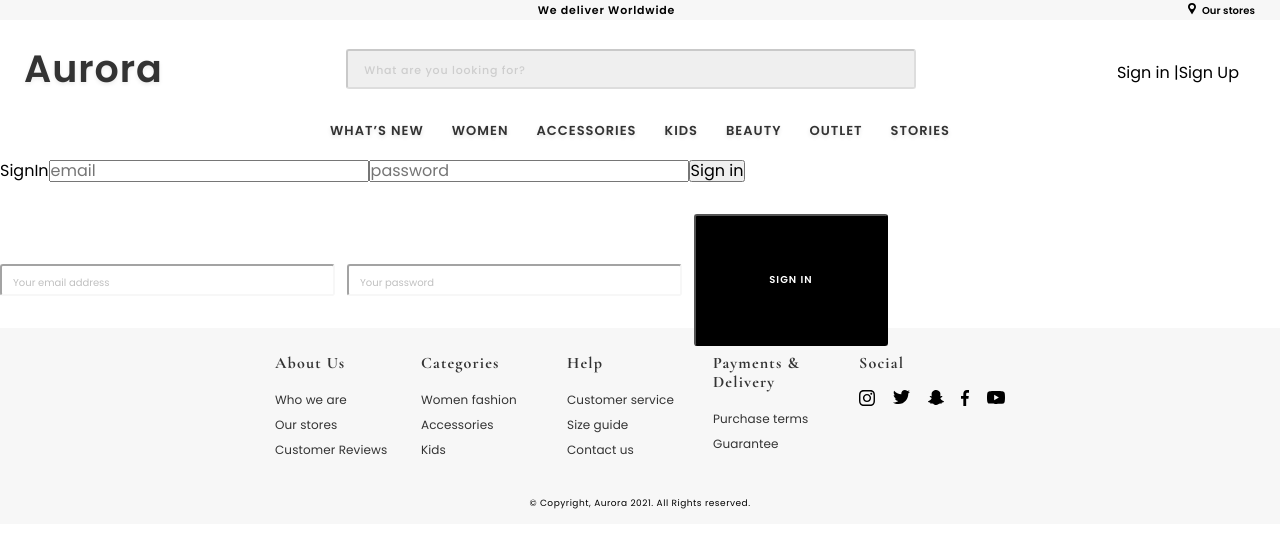
Repository: YuraKrvz/aurora-react-redux-toolkit-firebase
Page: /signIn
These files come from the project's save history. The page is drawn as it stood at one moment and after the next save; the edit follows.
The browser window is 1280 px wide. The pictures show the whole page.
The project was rebuilt for these pictures with package versions that can differ from the ones it lists, and the page was loaded fresh each time. Also part of the build but not shown: src/components/MainSection/MainSection.jsx, src/pages/HomeGuest.jsx, src/pages/HomeUser.jsx, src/pages/SignUp.jsx.

Above is the page before, as saved 2021-11-29 13:08:59.

### public/index.html
<!DOCTYPE html>
<html lang="en">
  <head>
    <meta charset="utf-8" />
    <link rel="icon" href="%PUBLIC_URL%/favicon.ico" />
    <meta name="viewport" content="width=device-width, initial-scale=1" />
    <meta name="theme-color" content="#000000" />
    <meta
      name="description"
      content="Web site created using create-react-app"
    />
    <link rel="apple-touch-icon" href="%PUBLIC_URL%/logo192.png" />
    <link rel="manifest" href="%PUBLIC_URL%/manifest.json" />
    <link rel="preconnect" href="https://fonts.googleapis.com">
    <link rel="preconnect" href="https://fonts.googleapis.com">
    <link rel="preconnect" href="https://fonts.gstatic.com" crossorigin>
    <title>React App</title>
  </head>
  <body>
    <noscript>You need to enable JavaScript to run this app.</noscript>
    <div id="root"></div>
  </body>
</html>

### src/index.css
@import '~normalize.css';
@import url('https://fonts.googleapis.com/css2?family=Poppins:wght@100;200;300;400;500;600;700&display=swap');
@import url('https://fonts.googleapis.com/css2?family=Cormorant+Garamond:wght@300;400;500;600;700&display=swap');

*, ::after, ::before {
  margin: 0;
  padding: 0;
  box-sizing: border-box;
  font-family: var(--text-regular-poppins);
  color: var(--color-very-black);
}

:root{
  --text-regular-poppins: 'Poppins';
  --text-cormorant-garamond: 'Cormorant Garamond';

  --color-black: #333333;
  --color-very-black: #000000;
  --color-white:  #FFFFFF;
  --color-silver: #F7F7F7;

  --src-guest: './insta.svg';
  --src-user: './user.svg';
  --bg-wall: var(--src-guest);
}

### src/components/CustomRouter/CustomRouter.jsx
import { Routes, Route } from 'react-router-dom';
import HomeGuest from '../../pages/HomeGuest';
import HomeUser from '../../pages/HomeUser';
import SignIn from '../../pages/SignIn';
import SignUp from '../../pages/SignUp';
import {useAuthorization} from '../../hooks/useAuthorization';

const CustomRouter = () => {
   const {isAuth} = useAuthorization();

   return (
      <>
      <Routes>
         {
         isAuth ? (
            <>
               <Route path='/' element={<HomeUser />} />
               <Route path='/signIn' element={<SignIn />} />
               <Route path='/signUp' element={<SignUp />} />
            </>
         ) : (
            <>
               <Route path='/' element={<HomeGuest />} />
               <Route path='/signIn' element={<SignIn />} />
               <Route path='/signUp' element={<SignUp />} />
            </>
         )
         }
      </Routes>
      </>
   )
}

export default CustomRouter

### src/components/Header/Header.jsx
import React from 'react';
import s from './Header.module.css';
import { NavLink } from 'react-router-dom';
import GlobalSvgSelector from '../../source/GlobalSvgSelector';
import OverHeader from './OverHeader/OverHeader';
import Authorization from '../Authorization/Authorization';

const Header = () => {
   return (
      <>
         <header className={s.header}>
            <OverHeader />
            <div className={s.header_body}>
               <NavLink to='/' className={s.header_title}>Aurora</NavLink>
               <label className={s.input_wrap}>
                  <input className={s.header_searcher} type="text" placeholder="What are you looking for?" />
                  <GlobalSvgSelector className={s.icon} id="fill" color='black' />
               </label>
               <div>
                  <Authorization />
               </div>
            </div>
            <ul className={s.header_list}>
               <li className={s.header_list__item}>what’s new</li>
               <li className={s.header_list__item}>women</li>
               <li className={s.header_list__item}>accessories</li>
               <li className={s.header_list__item}>kids</li>
               <li className={s.header_list__item}>beauty</li>
               <li className={s.header_list__item}>outlet</li>
               <li className={s.header_list__item}>stories</li>
            </ul>
         </header>
      </>
   )
}

export default Header


// HEADER / Aurora
// <h6>{email}</h6>
//    <ul>
//       <li>
//          <NavLink  to='/' >home</NavLink>
//          <NavLink  to='/signIn' >signIn</NavLink>
//          <NavLink  to='/signUp' >signUp</NavLink>
//       </li>
//    </ul>
// </header>

### src/components/Footer/Footer.jsx
import GlobalSvgSelector from '../../source/GlobalSvgSelector';
import s from './Footer.module.css';

function Footer(){
   return (
      <>
         <footer className={s.footer}>
            <div className={s.footer_inner}>
               <div className={s.footer_item}>
                  <h6 className={s.title}>About Us</h6>
                  <ul className={s.list}>
                     <li className={s.text}>Who we are</li>
                     <li className={s.text}>Our stores</li>
                     <li className={s.text}>Customer Reviews</li>
                  </ul>
               </div>
               <div className={s.footer_item}>
                  <h6 className={s.title}>Categories</h6>
                  <ul className={s.list}>
                     <li className={s.text}>Women fashion</li>
                     <li className={s.text}>Accessories</li>
                     <li className={s.text}>Kids</li>
                  </ul>
               </div>
               <div className={s.footer_item}>
                  <h6 className={s.title}>Help</h6>
                  <ul className={s.list}>
                     <li className={s.text}>Customer service</li>
                     <li className={s.text}>Size guide</li>
                     <li className={s.text}>Contact us</li>
                  </ul>
               </div>
               <div className={s.footer_item}>
                  <h6 className={s.title}>Payments & Delivery</h6>
                  <ul className={s.list}>
                     <li className={s.text}>Purchase terms</li>
                     <li className={s.text}>Guarantee</li>
                  </ul>
               </div>
               <div className={s.footer_item}>
                  <h6 className={s.title}>Social</h6>
                  <ul className={s.list}>
                     <li className={s.social_icon}>
                        <a href="#"><GlobalSvgSelector id='instagram' /></a>
                        <a href="#"><GlobalSvgSelector id='twitter' /></a>
                        <a href="#"><GlobalSvgSelector id='snapchat' /></a>
                        <a href="#"><GlobalSvgSelector id='facebook' /></a>
                        <a href="#"><GlobalSvgSelector id='youtube' /></a>
                     </li>
                  </ul>
               </div>
            </div>
            <div className={s.copy_right}>
               <p>© Copyright, Aurora 2021. All Rights reserved.</p>
            </div>
         </footer>
      </>
   )
}

export default Footer

### src/pages/SignIn.jsx
import React, {useRef, useEffect} from 'react';
import s from '../components/MainSection/MainSection.module.css';
import {signIn} from '../firebase';
import {useDispatch} from 'react-redux';
import {setLogin} from '../store/slices/userSlice';

const SignIn = () => {
   const dispatch = useDispatch();
   const emailRef = useRef();
   const passwordRef = useRef();

   async function handler(){
      try{
         await signIn(emailRef.current.value, passwordRef.current.value)
         .then(({user}) => {
            console.log(user);
            dispatch(setLogin({
               email: user.email,
               id: user.uid,
               token: user.accessToken,
            }))
         })
      }
      catch(e){
         console.error(e)
      }
   }


   return (
      <div>
         SignIn
         <input ref={emailRef} placeholder='email' />
         <input ref={passwordRef} placeholder='password' />
         <button onClick={handler} >Sign in</button>

         <div className={s.section_register_field}>
         <label className={s.input_wrap}>
            <input className={s.section_register_input} type="email" placeholder='Your email address' />
            <input className={s.section_register_input} type="password" placeholder='Your password' />
            <button className={s.section_register_btn} >Sign In</button>
         </label>
         </div>
      </div>
   )
}

export default SignIn;

### src/hooks/useAuthorization.jsx
import {useSelector} from 'react-redux';

export function useAuthorization(){
   const {email, id, token} = useSelector(state => state.user);

   return {
      isAuth: !!email,
      email,
      id,
      token,
   }
}

### src/components/Header/Header.module.css
.header{
   width: 100%;
   height: 160px;
   /* background: linear-gradient(180deg, rgba(51, 51, 51, 0.9) 14.31%, rgba(27, 27, 27, 0.469176) 58.6%, rgba(0, 0, 0, 0.0001) 100%); */
   mix-blend-mode: normal;
   /* opacity: 0.24; */
   /* background: rgba(0, 0, 0, 0.1); */
   /* background-color: black; */
}
.header_body{
   display: flex;
   justify-content: space-between;
   align-items: center;
   padding: 0 24px;
}
.header_title{
   margin: 0;
   font-style: normal;
   font-weight: 600;
   font-size: 38px;
   line-height: 57px;
   letter-spacing: 0.95px;
   color: var(--color-black, --color-white);
   text-shadow: 0px 2px 4px rgba(0, 0, 0, 0.08);
   text-decoration: none;
}
.input_wrap{
   position: relative;
}
.header_searcher{
   background-color: silver;
   border-color: none;
   mix-blend-mode: normal;
   opacity: 0.24;
   border-radius: 3px;
   width: 570px;
   height: 40px;
   color: var(--color-very-black);
}
.icon{
   position: absolute;
   width: 17px;
   height: 17px;
   top: 30%;
   right: 10px;
   /* background-color: var(--color-very-black) */
}
.header_searcher::placeholder {
   padding: 16px;
   height: 17px;
   font-weight: 500;
   font-size: 11px;
   line-height: 16px;
   letter-spacing: 0.8px;
   color: var(--color-black, --color-white);
 }
.header_user{
   font-style: normal;
   font-weight: 600;
   font-size: 11px;
   line-height: 16px;
   text-align: right;
   letter-spacing: 1px;
   color: var(--color-black, --color-white);
}
.header_list{
   list-style: none;
   display: flex;
   justify-content: space-between;
   text-transform: uppercase;
   width: 620px;
   margin: 24px auto;
   padding-bottom: 25px;
}
.header_list__item{
   color: var(--color-black, --color-white);
   font-style: normal;
   font-weight: 600;
   font-size: 13px;
   line-height: 19px;
   text-align: center;
   letter-spacing: 1px;
   text-transform: uppercase;
   text-shadow: 0px 2px 4px rgba(0, 0, 0, 0.12);
   cursor: pointer;
}

### src/components/Header/OverHeader/OverHeader.jsx
import GlobalSvgSelector from "../../../source/GlobalSvgSelector"
import s from './OverHeader.module.css';

const OverHeader = () => {
   return (
      <>
         <div className={s.wrapper}>
            <div />
            <h6 className={s.title}>We deliver Worldwide</h6>
            <div className={s.wrapper_text}>
               <GlobalSvgSelector id="shape" />
               <p className={s.text}>Our stores</p>
            </div>
         </div>
      </>
   )
}

export default OverHeader

### src/components/Authorization/Authorization.jsx
import s from './Authorization.module.css';
import GlobalSvgSelector from '../../source/GlobalSvgSelector';
import { useAuthorization } from '../../hooks/useAuthorization';
import { NavLink } from 'react-router-dom';

const Authorization = () => {
   const {isAuth, email, id} = useAuthorization();

   return (
      <>
         {!isAuth ? (
            <div >
               <NavLink to='/signIn' className={s.header_user}>
                  Sign in
               </NavLink>  |
               <NavLink to='/signUn' className={s.header_user}>
                  Sign Up
               </NavLink>
               <GlobalSvgSelector id="basket" color='black'/>
            </div>
         ) : (
            <div className={s.login_field}>
               <p className={s.login}>Hi, {email}!</p>
               <GlobalSvgSelector id="basket" color='black'/>
               {/*<GlobalSvgSelector id="ball" color='black'/>*/}
            </div>
         )}

      </>
   )
}

export default Authorization

### src/components/Footer/Footer.module.css
.footer{
   background-color: var(--color-silver);
}
.footer_inner{
   display: flex;
   justify-content: center;
   padding-top: 26px;
}
.footer_item{
   width: 146px;
   height: 105px;
   margin-bottom: 38px;
}
.title{
   margin-bottom: 17px;
   font-family: var(--text-cormorant-garamond);
   font-size: 16px;
   line-height: 19px;
   letter-spacing: 1.16364px;
   color: var(--color-black);
}
.list{
   list-style: none;
}
.list li {
   cursor: pointer;
}
.social_icon{
   display: flex;
   justify-content: space-between;
}
.text{
   margin-bottom: 6px;
   font-style: normal;
   font-weight: normal;
   font-size: 12px;
   line-height: 19px;
   letter-spacing: 0.1px;
   color: var(--color-black);
}
.copy_right{
   padding-bottom: 14px;
   font-style: normal;
   font-weight: normal;
   font-size: 9px;
   line-height: 13px;
   text-align: center;
   letter-spacing: 0.5px;
   color: var(--color-black);
}

### src/components/MainSection/MainSection.module.css
.section{

   height: 100vh;
   background-position: center;
   background-size: cover;
   background-repeat: no-repeat;
   display: flex;
   flex-direction: column;
}
.guest{
   background-image: url(./insta.svg);
}
.user{
   background-image: url(./user.svg);
}
.title{
   margin: auto;
   font-style: normal;
   font-weight: bold;
   font-size: 60px;
   line-height: 90px;
   text-align: center;
   color: var(--color-white);
}
.section_register_field{
   display: block;
   margin: 32px auto;
   min-width: 450px;
   height: 82px;
}
.text{
   margin-bottom: 14px;
   font-style: normal;
   font-weight: normal;
   font-size: 12px;
   line-height: 18px;
   letter-spacing: 0.872727px;
   color: var(--color-black);
}
.input_wrap{
   display: flex;
   align-items: center;
}
.section_register_input{
   padding: 7px 0 7px 11px;
   width: 335px;
   height: 32px;
   margin-right: 12px;
   border-radius: 3px;
   border-color: var(--color-silver);
}
.section_register_input::placeholder{
   color: silver;
   font-size: 10px;
}
.section_register_btn{
   width: 194px;
   height: 132px;
   border-radius: 3px;
   /* border: transparent; */
   background-color: var(--color-very-black);
   color: var(--color-white);
   font-style: normal;
   font-weight: 600;
   font-size: 10px;
   line-height: 20px;
   text-align: center;
   letter-spacing: 1px;
   text-transform: uppercase;
   cursor: pointer;
}

### src/components/Header/OverHeader/OverHeader.module.css
.wrapper{
   width: 100%;
   height: 20px;
   display: flex;
   justify-content: space-between;
   align-items: center;
   padding: 4px 25px;
   font-weight: 600;
   background-color: var(--color-silver, --color-white);
   margin-bottom: 20px;
}
.title{
   font-style: normal;
   font-weight: 500;
   font-size: 11px;
   line-height: 16px;
   text-align: center;
   letter-spacing: 0.8px;
   font-weight: 600;
}
.wrapper_text{
   display: flex;
}
.text{
   padding-left: 6px;
   font-family: Poppins;
   font-style: normal;
   font-size: 10px;
   line-height: 15px;
   text-align: right;
   letter-spacing: 0.0833333px;
}

### src/components/Authorization/Authorization.module.css
.login_field{
   display: flex;
   align-items: center;
}
.login{
   margin-right: 17px;
   font-style: normal;
   font-weight: 600;
   font-size: 11px;
   line-height: 16px;
   text-align: right;
   letter-spacing: 1px;
   color: var(--color-very-black);
}
.header_user{
   text-decoration: none;
}

Loaded but not shown: src/firebase.js (22 lines, source omitted); src/store/slices/userSlice.js (27 lines, source omitted); src/App.js (23 lines, source omitted); src/index.js (13 lines, source omitted); src/store/index.js (8 lines, source omitted); src/source/GlobalSvgSelector.jsx (88 lines, source omitted)

After the next save:
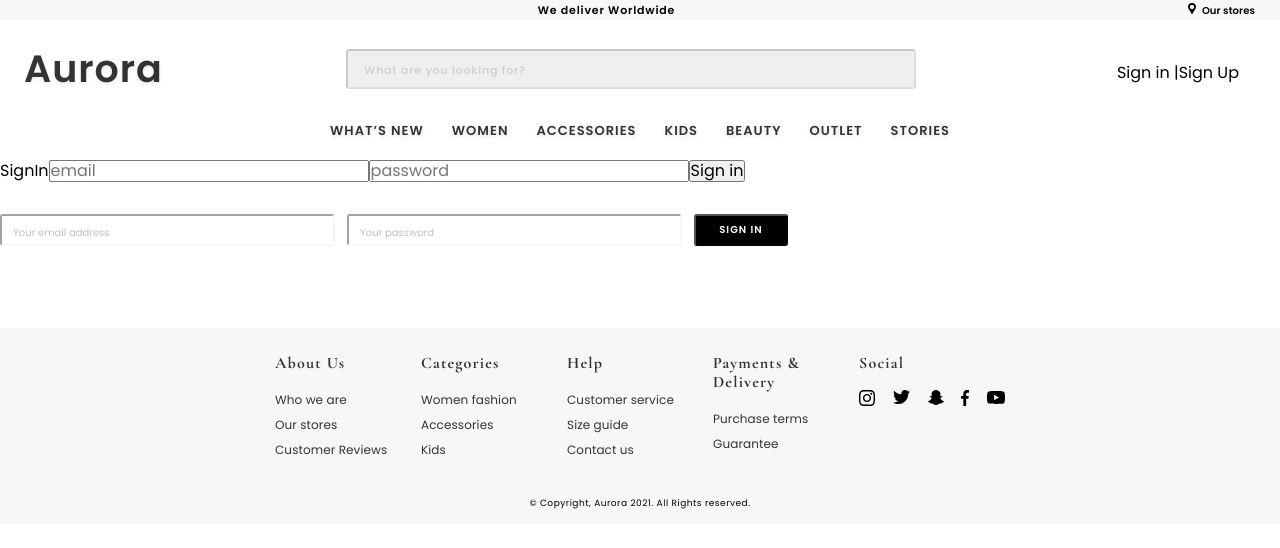
Saved 20 s later.
--- a/src/components/MainSection/MainSection.module.css
+++ b/src/components/MainSection/MainSection.module.css
@@ -54,8 +54,8 @@
    font-size: 10px;
 }
 .section_register_btn{
-   width: 194px;
-   height: 132px;
+   min-width: 94px;
+   height: 32px;
    border-radius: 3px;
    /* border: transparent; */
    background-color: var(--color-very-black);
